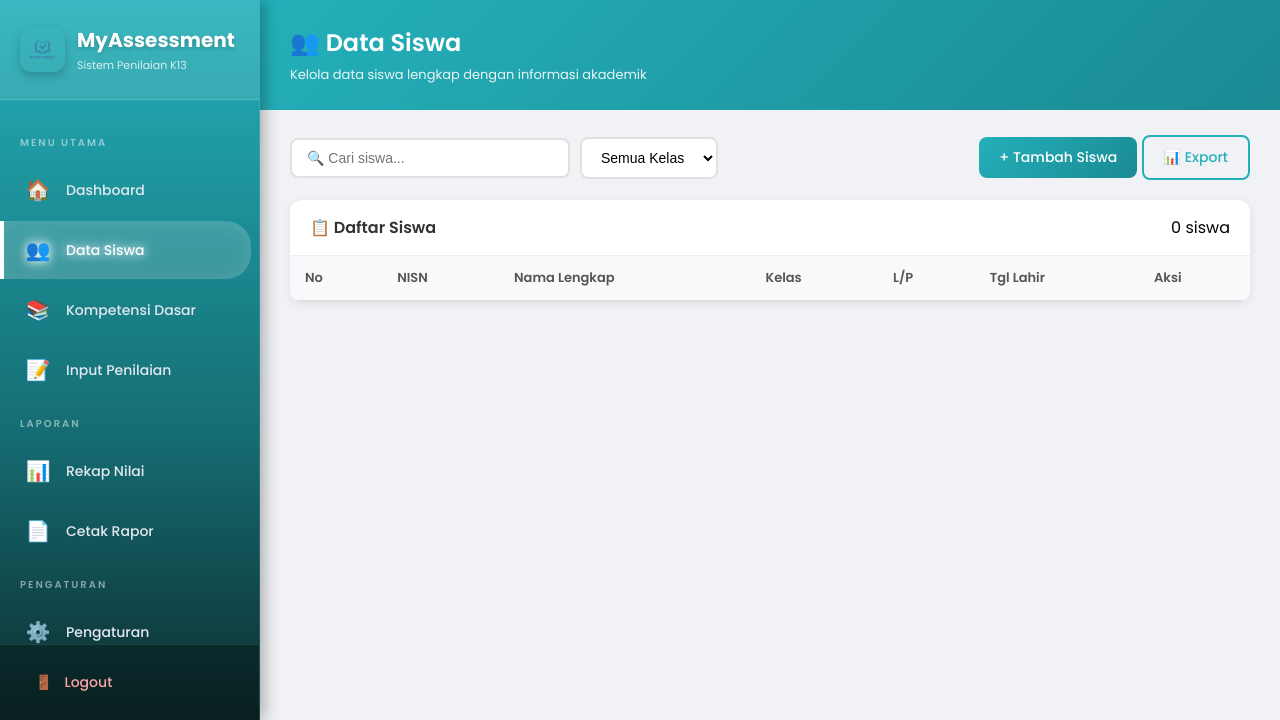
Repository: Ws529/MyAssassment_Final
Page: MyAssessment/wwwroot/siswa.html
These files come from the project's save history. The page is drawn as it stood at one moment and after the next save; the edit follows.
The browser window is 1280 px wide. The pictures show the whole page.
The page's requests for data from a server got no answer.

Above is the page before, as saved 2026-01-01 18:00:53.

### MyAssessment/wwwroot/siswa.html
<!DOCTYPE html>
<html lang="id">
<head>
    <meta charset="utf-8" />
    <meta name="viewport" content="width=device-width, initial-scale=1.0" />
    <title>Data Siswa - My Assessment</title>
    <link href="https://fonts.googleapis.com/css2?family=Poppins:wght@300;400;500;600;700&display=swap" rel="stylesheet">
    <link href="assets/css/neon-buttons.css" rel="stylesheet">
    <style>
        * { margin: 0; padding: 0; box-sizing: border-box; }
        body { font-family: 'Poppins', sans-serif; background: #f0f2f5; }

        /* Layout */
        .app-container { display: flex; min-height: 100vh; }

        /* Sidebar - Deep Ocean Drive Theme */
        .sidebar {
            width: 260px;
            background: linear-gradient(180deg, #24b0ba 0%, #156d73 60%, #0d2c2e 100%);
            color: #e2e8f0;
            position: fixed;
            height: 100vh;
            z-index: 100;
            border-right: 1px solid rgba(255, 255, 255, 0.1);
            box-shadow: 4px 0 15px rgba(0, 0, 0, 0.3);
            display: flex;
            flex-direction: column;
        }
        .sidebar-header {
            padding: 25px 20px;
            display: flex;
            align-items: center;
            gap: 12px;
            border-bottom: 1px solid rgba(255,255,255,0.15);
            background: rgba(255,255,255,0.1);
            flex-shrink: 0;
        }
        .sidebar-header img { width: 45px; height: 45px; border-radius: 12px; box-shadow: 0 4px 10px rgba(0,0,0,0.2); }
        .sidebar-header h2 { font-size: 20px; font-weight: 700; color: #fff; text-shadow: 0 2px 4px rgba(0,0,0,0.2); }
        .sidebar-header span { font-size: 11px; color: rgba(255,255,255,0.8); display: block; margin-top: 2px; }

        .sidebar-menu { padding: 20px 0; flex: 1; overflow-y: auto; }
        .menu-label {
            padding: 15px 20px 8px;
            font-size: 10px;
            text-transform: uppercase;
            color: rgba(255,255,255,0.5);
            letter-spacing: 2px;
            font-weight: 600;
        }
        .menu-item {
            display: flex;
            align-items: center;
            gap: 14px;
            padding: 14px 20px;
            color: #e2e8f0;
            text-decoration: none;
            transition: all 0.3s ease;
            border-left: 4px solid transparent;
            margin: 2px 8px 2px 0;
            border-radius: 0 25px 25px 0;
        }
        .menu-item:hover {
            background: rgba(255, 255, 255, 0.1);
            color: #ffffff;
            border-left-color: rgba(255, 255, 255, 0.5);
        }
        .menu-item.active {
            background: rgba(255, 255, 255, 0.15);
            border-left-color: #ffffff;
            color: #ffffff;
            text-shadow: 0 0 10px #ffffff, 0 0 20px rgba(255,255,255,0.5);
            box-shadow: inset 0 0 20px rgba(255,255,255,0.1);
        }
        .menu-item .icon { font-size: 20px; width: 28px; text-align: center; }
        .menu-item span { font-size: 14px; font-weight: 500; }

        .sidebar-footer {
            padding: 15px 20px;
            border-top: 1px solid rgba(255,255,255,0.1);
            background: rgba(0,0,0,0.3);
            flex-shrink: 0;
        }
        .logout-btn {
            display: flex;
            align-items: center;
            gap: 12px;
            color: #fca5a5;
            text-decoration: none;
            font-size: 14px;
            font-weight: 500;
            padding: 12px 15px;
            border-radius: 10px;
            transition: all 0.3s ease;
        }
        .logout-btn:hover {
            background: rgba(255,100,100,0.2);
            color: #ff8a8a;
            text-shadow: 0 0 10px rgba(255,100,100,0.5);
        }

        /* Main Content */
        .main-content {
            flex: 1;
            margin-left: 260px;
            min-height: 100vh;
        }

        /* Top Header */
        .top-header {
            background: linear-gradient(135deg, #24b0ba, #1a8a93);
            color: white;
            padding: 25px 30px;
            display: flex;
            justify-content: space-between;
            align-items: center;
        }
        .page-title h1 { font-size: 24px; font-weight: 600; display: flex; align-items: center; gap: 10px; }
        .page-title p { font-size: 13px; opacity: 0.9; margin-top: 5px; }
        .header-actions { display: flex; gap: 10px; }

        /* Content Area */
        .content-area { padding: 25px 30px; }

        /* Action Bar */
        .action-bar {
            display: flex;
            justify-content: space-between;
            align-items: center;
            margin-bottom: 20px;
            flex-wrap: wrap;
            gap: 15px;
        }
        .search-box {
            display: flex;
            gap: 10px;
            align-items: center;
        }
        .search-input {
            padding: 10px 15px;
            border: 2px solid #e0e0e0;
            border-radius: 8px;
            font-size: 14px;
            width: 280px;
            outline: none;
            transition: border-color 0.3s;
        }
        .search-input:focus { border-color: #24b0ba; }
        .filter-select {
            padding: 10px 15px;
            border: 2px solid #e0e0e0;
            border-radius: 8px;
            font-size: 14px;
            outline: none;
            background: white;
            cursor: pointer;
        }

        /* Cards */
        .card {
            background: white;
            border-radius: 12px;
            box-shadow: 0 2px 10px rgba(0,0,0,0.08);
            overflow: hidden;
        }
        .card-header {
            padding: 15px 20px;
            border-bottom: 1px solid #eee;
            display: flex;
            justify-content: space-between;
            align-items: center;
        }
        .card-header h3 { font-size: 16px; font-weight: 600; color: #333; }
        .card-body { padding: 20px; }

        /* Form */
        .form-card { margin-bottom: 20px; display: none; }
        .form-card.active { display: block; }
        .form-grid {
            display: grid;
            grid-template-columns: repeat(auto-fit, minmax(250px, 1fr));
            gap: 15px;
        }
        .form-group { margin-bottom: 0; }
        .form-group label {
            display: block;
            font-size: 13px;
            font-weight: 500;
            color: #555;
            margin-bottom: 6px;
        }
        .form-control {
            width: 100%;
            padding: 10px 12px;
            border: 2px solid #e0e0e0;
            border-radius: 8px;
            font-size: 14px;
            outline: none;
            transition: border-color 0.3s;
            font-family: 'Poppins', sans-serif;
        }
        .form-control:focus { border-color: #24b0ba; }
        .form-actions {
            display: flex;
            gap: 10px;
            margin-top: 20px;
            padding-top: 15px;
            border-top: 1px solid #eee;
        }

        /* Table */
        .data-table { width: 100%; border-collapse: collapse; }
        .data-table th {
            background: #f8f9fa;
            padding: 12px 15px;
            text-align: left;
            font-size: 13px;
            font-weight: 600;
            color: #555;
            border-bottom: 2px solid #e0e0e0;
        }
        .data-table td {
            padding: 12px 15px;
            border-bottom: 1px solid #eee;
            font-size: 14px;
            color: #333;
        }
        .data-table tr:hover { background: #f8fffe; }
        .data-table tr:last-child td { border-bottom: none; }

        /* Buttons */
        .btn {
            padding: 10px 20px;
            border: none;
            border-radius: 8px;
            font-size: 14px;
            font-weight: 500;
            cursor: pointer;
            display: inline-flex;
            align-items: center;
            gap: 8px;
            transition: all 0.3s;
            font-family: 'Poppins', sans-serif;
        }
        .btn-primary {
            background: linear-gradient(135deg, #24b0ba, #1a8a93);
            color: white;
        }
        .btn-primary:hover { transform: translateY(-2px); box-shadow: 0 4px 15px rgba(36,176,186,0.4); }
        .btn-success { background: #28a745; color: white; }
        .btn-success:hover { background: #218838; }
        .btn-danger { background: #dc3545; color: white; }
        .btn-danger:hover { background: #c82333; }
        .btn-secondary { background: #6c757d; color: white; }
        .btn-secondary:hover { background: #5a6268; }
        .btn-sm { padding: 6px 12px; font-size: 12px; }
        .btn-outline {
            background: transparent;
            border: 2px solid #24b0ba;
            color: #24b0ba;
        }
        .btn-outline:hover { background: #24b0ba; color: white; }

        /* Message */
        .message {
            padding: 12px 15px;
            border-radius: 8px;
            margin-bottom: 15px;
            display: none;
            font-size: 14px;
        }
        .message.success { background: #d4edda; color: #155724; border: 1px solid #c3e6cb; display: block; }
        .message.error { background: #f8d7da; color: #721c24; border: 1px solid #f5c6cb; display: block; }

        /* Empty State */
        .empty-state {
            text-align: center;
            padding: 50px 20px;
            color: #888;
        }
        .empty-state .icon { font-size: 48px; margin-bottom: 15px; }
        .empty-state h4 { font-size: 18px; color: #555; margin-bottom: 8px; }

        /* Responsive */
        @media (max-width: 992px) {
            .sidebar { width: 70px; }
            .sidebar-header h2, .sidebar-header span, .menu-label, .menu-item span { display: none; }
            .sidebar-header { justify-content: center; padding: 15px; }
            .menu-item { justify-content: center; padding: 15px; }
            .main-content { margin-left: 70px; }
        }
        @media (max-width: 768px) {
            .sidebar { display: none; }
            .main-content { margin-left: 0; }
            .action-bar { flex-direction: column; align-items: stretch; }
            .search-input { width: 100%; }
        }
    </style>
</head>
<body>
    <div class="app-container">
        <!-- Sidebar -->
        <aside class="sidebar">
            <div class="sidebar-header">
                <img src="assets/img/logo.png" alt="Logo">
                <div>
                    <h2>MyAssessment</h2>
                    <span>Sistem Penilaian K13</span>
                </div>
            </div>
            <nav class="sidebar-menu">
                <div class="menu-label">Menu Utama</div>
                <a href="index.html" class="menu-item">
                    <span class="icon">🏠</span>
                    <span>Dashboard</span>
                </a>
                <a href="siswa.html" class="menu-item active">
                    <span class="icon">👥</span>
                    <span>Data Siswa</span>
                </a>
                <a href="kompetensi.html" class="menu-item">
                    <span class="icon">📚</span>
                    <span>Kompetensi Dasar</span>
                </a>
                <a href="penilaian.html" class="menu-item">
                    <span class="icon">📝</span>
                    <span>Input Penilaian</span>
                </a>

                <div class="menu-label">Laporan</div>
                <a href="rekap.html" class="menu-item">
                    <span class="icon">📊</span>
                    <span>Rekap Nilai</span>
                </a>
                <a href="rapor.html" class="menu-item">
                    <span class="icon">📄</span>
                    <span>Cetak Rapor</span>
                </a>

                <div class="menu-label">Pengaturan</div>
                <a href="pengaturan.html" class="menu-item">
                    <span class="icon">⚙️</span>
                    <span>Pengaturan</span>
                </a>
            </nav>
            <div class="sidebar-footer">
                <a href="login.html" class="logout-btn" onclick="logout()">
                    <span>🚪</span>
                    <span>Logout</span>
                </a>
            </div>
        </aside>

        <!-- Main Content -->
        <main class="main-content">
            <!-- Top Header -->
            <div class="top-header">
                <div class="page-title">
                    <h1>👥 Data Siswa</h1>
                    <p>Kelola data siswa lengkap dengan informasi akademik</p>
                </div>
            </div>

            <!-- Content Area -->
            <div class="content-area">
                <!-- Message -->
                <div class="message" id="message"></div>

                <!-- Action Bar -->
                <div class="action-bar">
                    <div class="search-box">
                        <input type="text" class="search-input" id="searchInput" placeholder="🔍 Cari siswa..." onkeyup="searchStudents()">
                        <select class="filter-select" id="filterKelas" onchange="filterStudents()">
                            <option value="">Semua Kelas</option>
                        </select>
                    </div>
                    <div>
                        <button class="btn btn-primary" onclick="showForm()">+ Tambah Siswa</button>
                        <button class="btn btn-outline" onclick="exportCSV()">📊 Export</button>
                    </div>
                </div>

                <!-- Form Card -->
                <div class="card form-card" id="formCard">
                    <div class="card-header">
                        <h3 id="formTitle">➕ Tambah Siswa Baru</h3>
                        <button class="btn btn-sm btn-secondary" onclick="hideForm()">✕ Tutup</button>
                    </div>
                    <div class="card-body">
                        <div class="form-grid">
                            <div class="form-group">
                                <label>NISN</label>
                                <input type="text" class="form-control" id="nisn" placeholder="Masukkan NISN">
                            </div>
                            <div class="form-group">
                                <label>Nama Lengkap</label>
                                <input type="text" class="form-control" id="nama" placeholder="Masukkan nama lengkap">
                            </div>
                            <div class="form-group">
                                <label>Kelas</label>
                                <select class="form-control" id="kelas">
                                    <option value="">Pilih Kelas</option>
                                </select>
                            </div>
                            <div class="form-group">
                                <label>Jenis Kelamin</label>
                                <select class="form-control" id="gender">
                                    <option value="">Pilih Jenis Kelamin</option>
                                    <option value="Laki-laki">Laki-laki</option>
                                    <option value="Perempuan">Perempuan</option>
                                </select>
                            </div>
                            <div class="form-group">
                                <label>Tanggal Lahir</label>
                                <input type="date" class="form-control" id="tanggalLahir">
                            </div>
                            <div class="form-group">
                                <label>Alamat</label>
                                <input type="text" class="form-control" id="alamat" placeholder="Masukkan alamat">
                            </div>
                        </div>
                        <div class="form-actions">
                            <button class="btn btn-primary" onclick="saveStudent()">💾 Simpan</button>
                            <button class="btn btn-secondary" onclick="hideForm()">Batal</button>
                        </div>
                    </div>
                </div>

                <!-- Data Table -->
                <div class="card">
                    <div class="card-header">
                        <h3>📋 Daftar Siswa</h3>
                        <span id="totalCount">0 siswa</span>
                    </div>
                    <div class="card-body" style="padding: 0;">
                        <table class="data-table" id="studentTable">
                            <thead>
                                <tr>
                                    <th>No</th>
                                    <th>NISN</th>
                                    <th>Nama Lengkap</th>
                                    <th>Kelas</th>
                                    <th>L/P</th>
                                    <th>Tgl Lahir</th>
                                    <th>Aksi</th>
                                </tr>
                            </thead>
                            <tbody id="studentBody"></tbody>
                        </table>
                    </div>
                </div>
            </div>
        </main>
    </div>

    <script>
        const API_URL = '/api';
        let students = [];
        let kelasList = [];
        let editingId = null;

        document.addEventListener('DOMContentLoaded', function() {
            loadKelasOptions();
            loadStudents();
        });

        async function loadKelasOptions() {
            try {
                const res = await fetch(`${API_URL}/kelas`);
                kelasList = await res.json();

                const filterKelas = document.getElementById('filterKelas');
                filterKelas.innerHTML = '<option value="">Semua Kelas</option>';
                kelasList.forEach(k => filterKelas.innerHTML += `<option value="${k.nama}">${k.nama}</option>`);

                const formKelas = document.getElementById('kelas');
                formKelas.innerHTML = '<option value="">Pilih Kelas</option>';
                kelasList.forEach(k => formKelas.innerHTML += `<option value="${k.nama}">${k.nama}</option>`);
            } catch (err) { console.error('Error loading kelas:', err); }
        }

        async function loadStudents() {
            try {
                const res = await fetch(`${API_URL}/siswa`);
                students = await res.json();
                renderStudents();
            } catch (err) {
                showMessage('Gagal memuat data siswa', 'error');
            }
        }

        function renderStudents(data = students) {
            const tbody = document.getElementById('studentBody');
            document.getElementById('totalCount').textContent = `${data.length} siswa`;

            if (data.length === 0) {
                tbody.innerHTML = `<tr><td colspan="7"><div class="empty-state"><div class="icon">👥</div><h4>Belum ada data siswa</h4><p>Klik "Tambah Siswa" untuk menambah data</p></div></td></tr>`;
                return;
            }

            tbody.innerHTML = data.map((s, i) => `
                <tr>
                    <td>${i + 1}</td>
                    <td>${s.nisn}</td>
                    <td><strong>${s.nama}</strong></td>
                    <td>${s.kelas}</td>
                    <td>${s.gender === 'Laki-laki' ? 'L' : 'P'}</td>
                    <td>${formatDate(s.tanggalLahir)}</td>
                    <td>
                        <button class="btn btn-sm btn-success" onclick="editStudent('${s.id}')">✏️ Edit</button>
                        <button class="btn btn-sm btn-danger" onclick="deleteStudent('${s.id}')">🗑️ Hapus</button>
                    </td>
                </tr>
            `).join('');
        }

        function formatDate(dateStr) {
            if (!dateStr) return '-';
            return new Date(dateStr).toLocaleDateString('id-ID');
        }

        function showForm() {
            document.getElementById('formCard').classList.add('active');
            document.getElementById('formTitle').textContent = '➕ Tambah Siswa Baru';
            clearForm();
            editingId = null;
        }

        function hideForm() {
            document.getElementById('formCard').classList.remove('active');
            clearForm();
            editingId = null;
        }

        function clearForm() {
            ['nisn', 'nama', 'kelas', 'gender', 'tanggalLahir', 'alamat'].forEach(id => document.getElementById(id).value = '');
        }

        async function saveStudent() {
            const student = {
                nisn: document.getElementById('nisn').value,
                nama: document.getElementById('nama').value,
                kelas: document.getElementById('kelas').value,
                gender: document.getElementById('gender').value,
                tanggalLahir: document.getElementById('tanggalLahir').value,
                alamat: document.getElementById('alamat').value
            };

            if (!student.nisn || !student.nama || !student.kelas) {
                showMessage('Mohon lengkapi NISN, Nama, dan Kelas!', 'error');
                return;
            }

            try {
                const url = editingId ? `${API_URL}/siswa/${editingId}` : `${API_URL}/siswa`;
                const method = editingId ? 'PUT' : 'POST';
                const res = await fetch(url, {
                    method,
                    headers: { 'Content-Type': 'application/json' },
                    body: JSON.stringify(student)
                });
                const result = await res.json();
                showMessage(result.message, 'success');
                hideForm();
                loadStudents();
            } catch (err) {
                showMessage('Gagal menyimpan data', 'error');
            }
        }

        function editStudent(id) {
            const s = students.find(x => x.id === id);
            if (s) {
                document.getElementById('nisn').value = s.nisn;
                document.getElementById('nama').value = s.nama;
                document.getElementById('kelas').value = s.kelas;
                document.getElementById('gender').value = s.gender;
                document.getElementById('tanggalLahir').value = s.tanggalLahir;
                document.getElementById('alamat').value = s.alamat || '';
                document.getElementById('formCard').classList.add('active');
                document.getElementById('formTitle').textContent = '✏️ Edit Data Siswa';
                editingId = id;
            }
        }

        async function deleteStudent(id) {
            if (confirm('Yakin ingin menghapus data siswa ini?')) {
                try {
                    const res = await fetch(`${API_URL}/siswa/${id}`, { method: 'DELETE' });
                    const result = await res.json();
                    showMessage(result.message, 'success');
                    loadStudents();
                } catch (err) {
                    showMessage('Gagal menghapus data', 'error');
                }
            }
        }

        function searchStudents() {
            const term = document.getElementById('searchInput').value.toLowerCase();
            renderStudents(students.filter(s => s.nama.toLowerCase().includes(term) || s.nisn.includes(term)));
        }

        function filterStudents() {
            const kelas = document.getElementById('filterKelas').value;
            renderStudents(kelas ? students.filter(s => s.kelas === kelas) : students);
        }

        function exportCSV() {
            let csv = 'NISN,Nama,Kelas,Jenis Kelamin,Tanggal Lahir,Alamat\n';
            students.forEach(s => csv += `${s.nisn},${s.nama},${s.kelas},${s.gender},${s.tanggalLahir},"${s.alamat || ''}"\n`);
            const blob = new Blob([csv], { type: 'text/csv' });
            const a = document.createElement('a');
            a.href = URL.createObjectURL(blob);
            a.download = 'DataSiswa.csv';
            a.click();
            showMessage('Data berhasil diekspor!', 'success');
        }

        function showMessage(text, type) {
            const msg = document.getElementById('message');
            msg.textContent = text;
            msg.className = 'message ' + type;
            setTimeout(() => msg.className = 'message', 3000);
        }

        function logout() {
            localStorage.removeItem('userSession');
            sessionStorage.removeItem('userSession');
        }
    </script>
</body>
</html>

Loaded but not shown: MyAssessment/wwwroot/assets/css/neon-buttons.css (288 lines, source omitted)

After the next save:
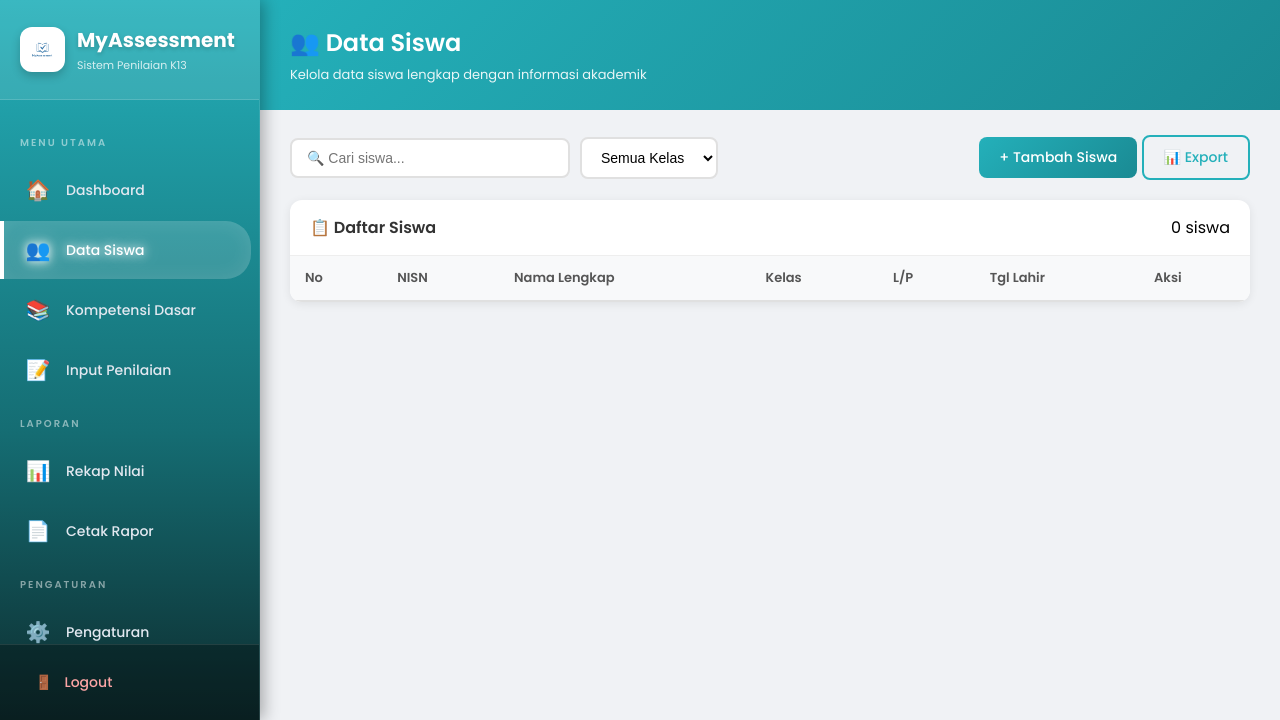
Saved 8 s later.
--- a/MyAssessment/wwwroot/siswa.html
+++ b/MyAssessment/wwwroot/siswa.html
@@ -35,7 +35,7 @@
             background: rgba(255,255,255,0.1);
             flex-shrink: 0;
         }
-        .sidebar-header img { width: 45px; height: 45px; border-radius: 12px; box-shadow: 0 4px 10px rgba(0,0,0,0.2); }
+        .sidebar-header img { width: 45px; height: 45px; border-radius: 12px; box-shadow: 0 4px 10px rgba(0,0,0,0.2); background: #fff; padding: 5px; }
         .sidebar-header h2 { font-size: 20px; font-weight: 700; color: #fff; text-shadow: 0 2px 4px rgba(0,0,0,0.2); }
         .sidebar-header span { font-size: 11px; color: rgba(255,255,255,0.8); display: block; margin-top: 2px; }
 
